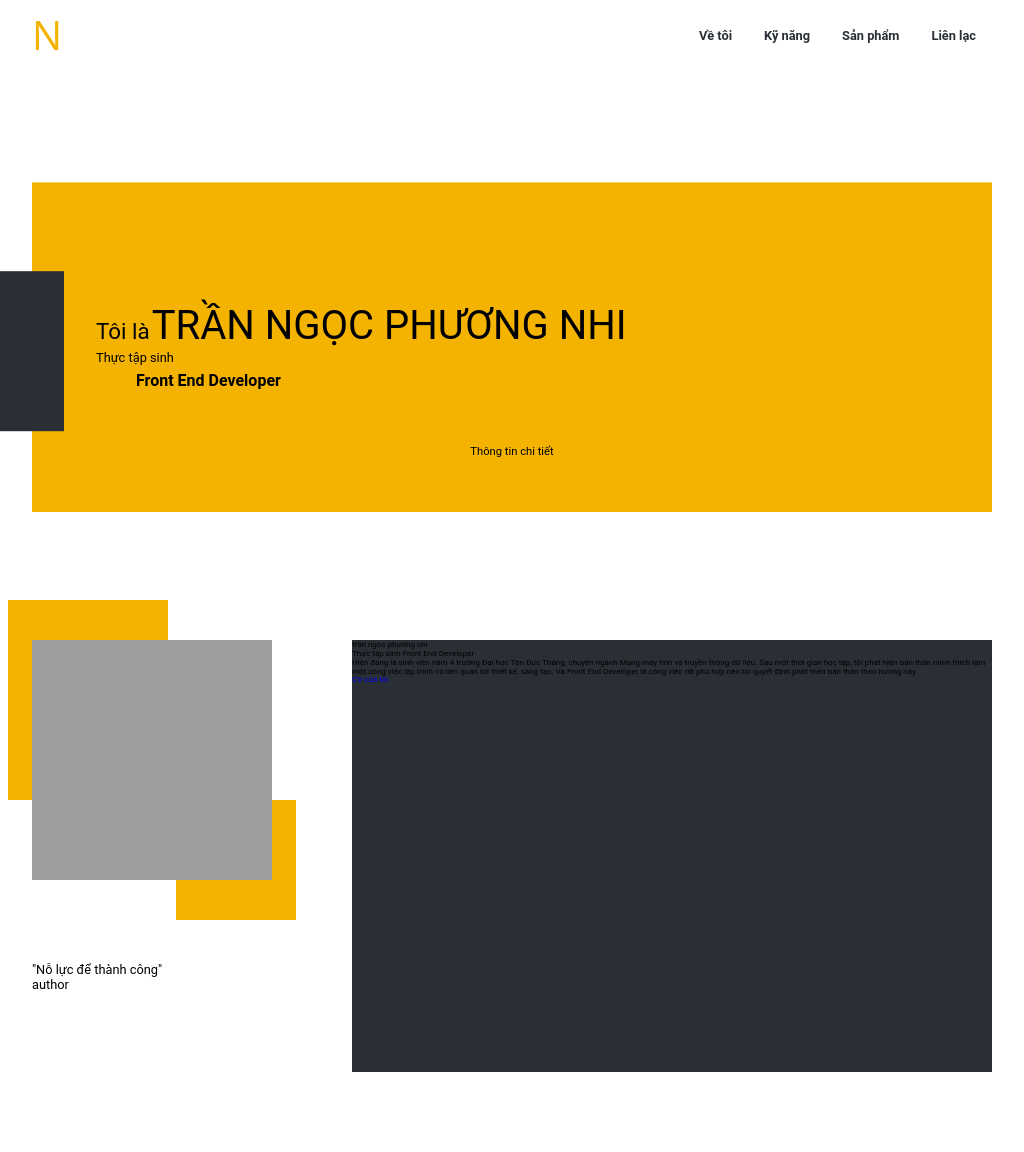
Repository: TranNgocPhuongNhi/my-portfolio
Page: index.html
These files come from the project's save history. The page is drawn as it stood at one moment and after the next save; the edit follows.
The browser window is 1280 px wide. The pictures show the whole page, at 80% of full size.
Pictures or frames that could not be fetched are drawn as grey boxes. Some icons come from a web library that is not loaded, so they are not drawn. Some web libraries are served in a nearby version.

Above is the page before, as saved 2021-07-04 16:10:03.

### index.html
<!DOCTYPE html>
<html lang="en">
<head>
    <meta charset="UTF-8">
    <meta http-equiv="X-UA-Compatible" content="IE=edge">
    <meta name="viewport" content="width=device-width, initial-scale=1.0">
    <title>My Portfolio</title>
    <link rel="stylesheet" href="https://pro.fontawesome.com/releases/v5.10.0/css/all.css" integrity="sha384-AYmEC3Yw5cVb3ZcuHtOA93w35dYTsvhLPVnYs9eStHfGJvOvKxVfELGroGkvsg+p" crossorigin="anonymous"/>
    <link rel="stylesheet" href="resources/css/main.css">
    <link rel="stylesheet" href="resources/css/responsive.css">
    <link rel="shortcut icon" href="favicon.ico">
</head>
<body>
    <header id="header">
        <nav class="header__nav">
            <div class="container">
                <div class="header__nav-content">
                    <!-- <img src="" alt="logo"> -->
                    <a href="#index.html" class="header__nav-logo">N</a>
                    <ul class="header__nav-list">
                        <li class="nav-item"><a href="#about">Về tôi</a></li>
                        <li class="nav-item"><a href="#skills">Kỹ năng</a></li>
                        <li class="nav-item"><a href="#products">Sản phẩm</a></li>
                        <li class="nav-item"><a href="#contact">Liên lạc</a></li>
                    </ul>
                </div>
            </div>
        </nav>
        <div class="container">
            <div class="header__info">
                <div class="header__info-content">
                    <div class="header__info-name">
                        <span>Tôi là</span>
                        <span class="header__info-fullname">trần ngọc phương nhi</span>
                    </div>
                    <div class="header__info-specialize">
                        <p>Thực tập sinh</p>
                        <p>Front End Developer</p>
                    </div>
                </div>
                <div class="header__info-more">
                    <p>Thông tin chi tiết</p>
                    <div class="header__info-down">
                        <a href="#about">
                            <i class="fal fa-chevron-double-down"></i>
                        </a>
                    </div>
                </div>
            </div>
        </div>

    </header>

    <!-- About me -->
    <section id="about">
        <div class="container">
            <div class="row">
                <div class="col-1-3 about__avatar">
                    <img src="https://media-cdn.laodong.vn/Storage/NewsPortal/2021/2/13/880159/Vuong-Bat-Bac-9.png" alt="my avatar" />
                    <div class="about__quote">
                        <p>"Nỗ lực để thành công"</p>
                        <p>author</p>
                    </div>
                </div>
                <div class="col-3-1 about__content">
                    <div class="about__info">
                        <p>trần ngọc phương nhi</p>
                        <p>Thực tập sinh Front End Developer</p>
                    </div>
                    <p class="about__text">
                        Hiện đang là sinh viên năm 4 trường Đại học  Tôn Đức Thắng,
                        chuyên ngành Mạng máy tính và truyền thông dữ liệu. Sau một
                        thời gian học tập, tôi phát hiện bản thân mình thích làm một
                        công việc lập trình có liên quan tới thiết kế, sáng tạo. Và Front
                        End Developer là công việc rất phù hợp nên tôi quyết định phát
                        triển bản thân theo hướng này.
                    </p>
                    <a href="#" class="about__CV">CV của tôi</a>
                </div>
            </div>
        </div>
    </section>

</body>
</html>

### resources/css/main.css
:root {
    --primary1: #F4B301;
    --primary2: #2A2F35;
    --secondary: #F7F7F7;
    --white: #fff;
    --footer: #3B4046;
}

html {
    font-size: 62.5%;
    font-family: "Roboto", "Helvetica Neue", sans-serif;
    scroll-behavior: smooth;
}

* {
    padding: 0;
    margin: 0;
    box-sizing: border-box;
}

ul, li {
    list-style: none;
}

a {
    text-decoration: none;
}

.container {
    width: 120rem;
    max-width: 100%;
    margin: 0 auto;
}

.row {
    display: flex;
    position: relative;
}

.col-1-3 {
    width: calc(100% / 3);
}

.col-3-1 {
    width: calc(100% * 2 / 3);
}

/* ========================================= HEADER ============================= */
#header {
    height: 100vh;
    position: relative;
}

/* Scroll nav */
.nav-scroll {
    background-color: var(--white);
    box-shadow: 0 0.3rem 1.5rem rgba(0, 0, 0, 0.2);
}

.header__nav {
    padding: 1rem 0;
}

.header__nav-content {
    display: flex;
    justify-content: space-between;
    align-items: center;
}

.header__nav-logo {
    font-size: 5rem;
    font-family: 'Open Sans';
    color: var(--primary1);
}

.header__nav-list {
    display: flex;
}

.nav-item {
    padding: 0 2rem;
}

.nav-item a{
    font-size: 1.6rem;
    font-weight: 600;
    color: var(--primary2);
}

.nav-item a:hover {
    border-bottom: 0.3rem solid var(--primary1);
    animation: toRight 0.4s ease;
}

.header__info {
    background-color: var(--primary1);
    padding: 15rem 8rem;
    position: relative;
    top: 14rem;
}

.header__info::before {
    content: '';
    display: block;
    width: 8rem;
    height: 20rem;
    background-color: var(--primary2);
    position: absolute;
    top: 27%;
    left: -4rem;
}

.header__info-name span:first-child{
    font-size: 2.8rem;
}

.header__info-fullname {
    font-size: 5rem;
    text-transform: uppercase;
}

.header__info-specialize {
    line-height: 1.5;
}

.header__info-specialize p:first-child {
    font-size: 1.6rem;
}

.header__info-specialize p:last-child {
    font-size: 2rem;
    font-weight: bold;
    margin-left: 5rem;
}

.header__info-more {
    text-align: center;
    font-size: 1.4rem;
    line-height: 2;
    position: absolute;
    top: 85%;
    left: 50%;
    transform: translate(-50%, -50%);
}

.header__info-down:hover {
    width: 5rem;
    height: 5rem;
    line-height: 3.5;
    border-radius: 50%;
    border: 2px solid var(--white);
    margin: 0 auto;
    cursor: pointer;
}

.fa-chevron-double-down {
    color: var(--white);
}

/* =========================================== ABOUT ME ====================================== */
#about {
    height: 100vh;
}

.about__avatar,
.about__content {
    margin: 8rem 0;
}

.about__avatar img {
    width: 30rem;
    height: 30rem;
}

.about__avatar::before {
    content: '';
    display: block;
    width: 20rem;
    height: 25rem;
    background-color: var(--primary1);
    position: absolute;
    top: 3rem;
    left: -3rem;
    z-index: -1;
}

.about__avatar::after {
    content: '';
    display: block;
    width: 15rem;
    height: 15rem;
    background-color: var(--primary1);
    position: absolute;
    top: 28rem;
    left: 18rem;
    z-index: -1;
}

.about__quote {
    font-size: 1.6rem;
    margin: 10rem auto;
}

.about__content {
    background-color: var(--primary2);
}

/* =========================================== MY SKILLS ====================================== */



/* =========================================== MY PRODUCTS ====================================== */



/* =========================================== CONTACT ME ====================================== */



/* =========================================== ANIMATION ====================================== */
@keyframes toRight {
    0% {
        /* opacity: 0; */
        transform: translateX(-100%);
    }
    100% {
        /* opacity: 1; */
        transform: translateX(0%);
    }
}

### resources/css/responsive.css

/* Large devices (desktops, less than 1200px) */
@media (max-width: 1199.98px) {

}

/* Medium devices (tablets, less than 992px) */
@media (max-width: 991.98px) {

}

/* Small devices (landscape phones, less than 768px) */
@media (max-width: 767.98px) {

}

/* Extra small devices (portrait phones, less than 576px) */
@media (max-width: 575.98px) {

}

After the next save:
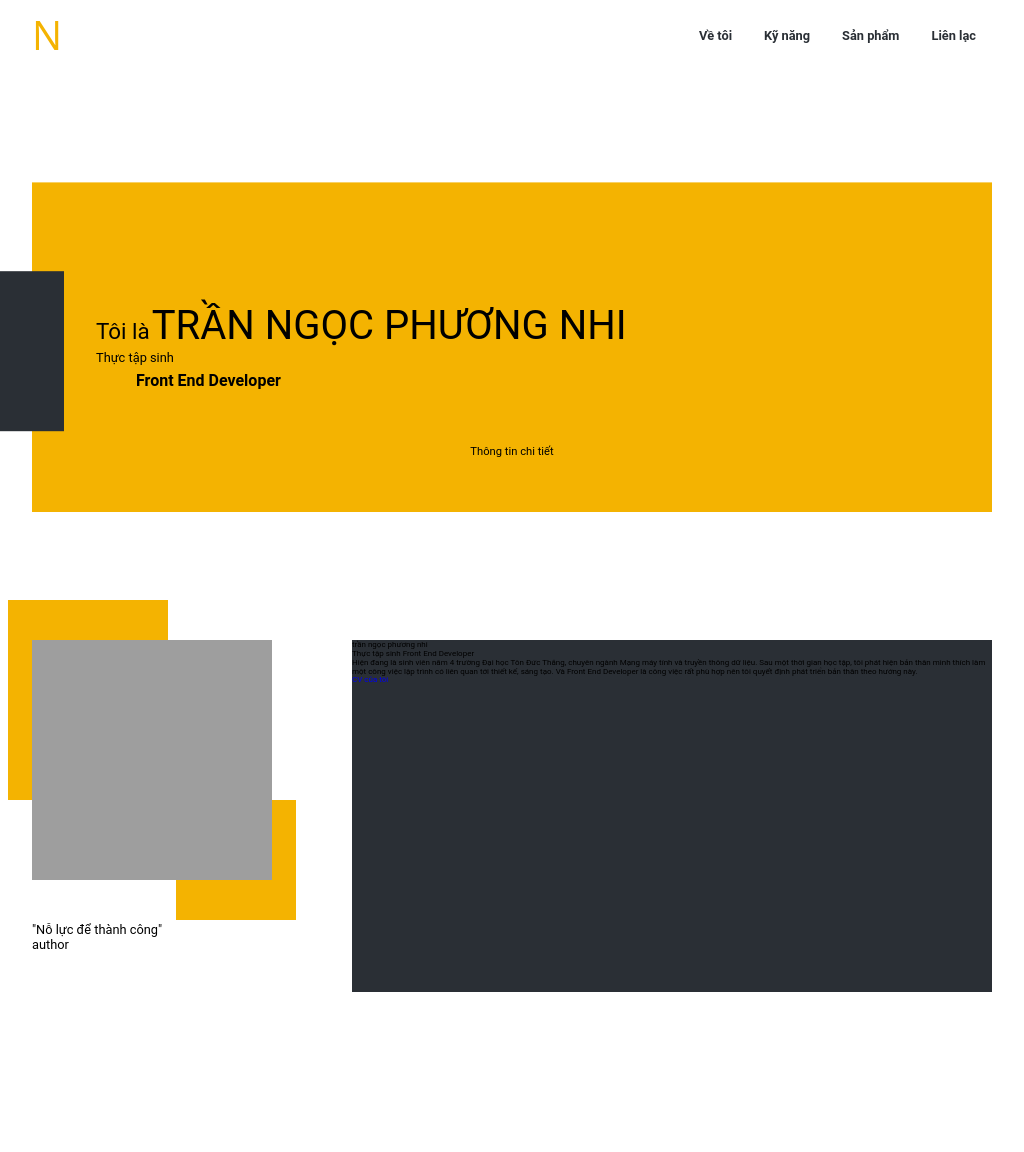
Saved 4 s later.
--- a/resources/css/main.css
+++ b/resources/css/main.css
@@ -198,7 +198,7 @@ a {
 
 .about__quote {
     font-size: 1.6rem;
-    margin: 10rem auto;
+    margin: 5rem auto;
 }
 
 .about__content {
